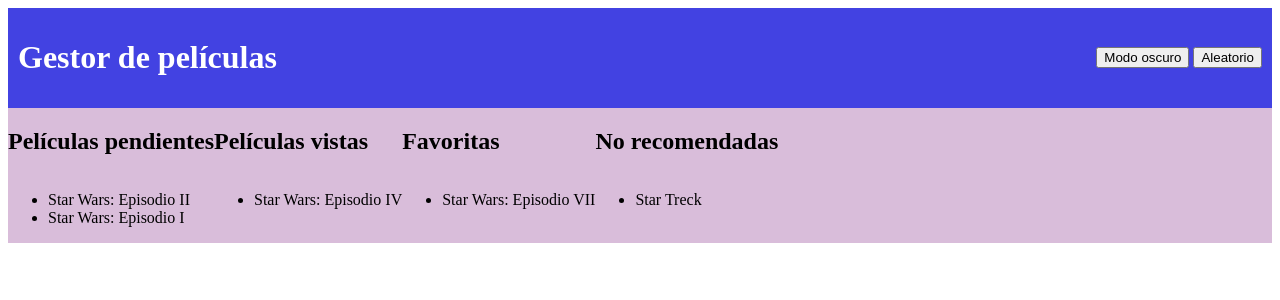
Repository: alvarobarasona/DAW_2
Page: DIW/EXAMEN_SEGUNDA_EV/public/index.html
The author's editor kept a copy of each file at every save. The page is drawn from the files as they stood at one save, then again after the next save.
The browser window is 1280 px wide. The pictures show the whole page.
The style sheet was rebuilt from its Sass, Less or Tailwind sources for each picture, by a compiler version that may differ from the author's.

Above is the page before, as saved 2024-03-04 17:22:34.

After the next save:
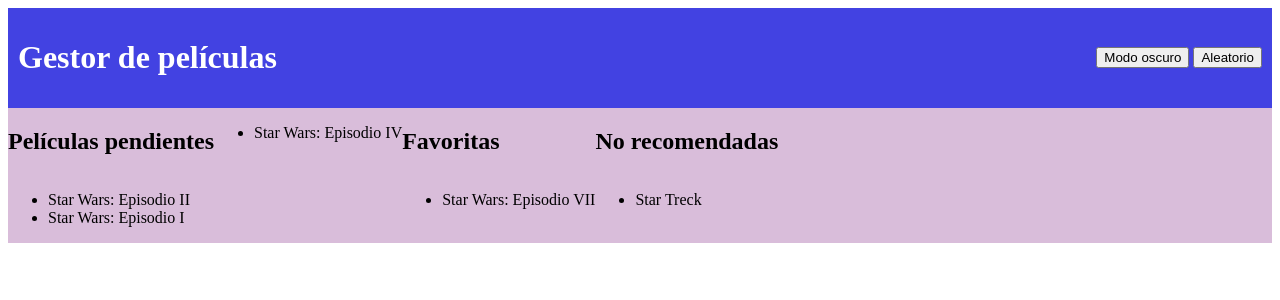
Saved 13 s later.
--- a/DIW/EXAMEN_SEGUNDA_EV/public/index.html
+++ b/DIW/EXAMEN_SEGUNDA_EV/public/index.html
@@ -27,7 +27,7 @@
                 </div>
             </div>
             <div class="movies-column">
-                <div class="movies-header">
+                <div id="pendient-movies-header>
                     <h2>Películas vistas</h2>
                 </div>
                 <div class="movies-container">

After the save that followed:
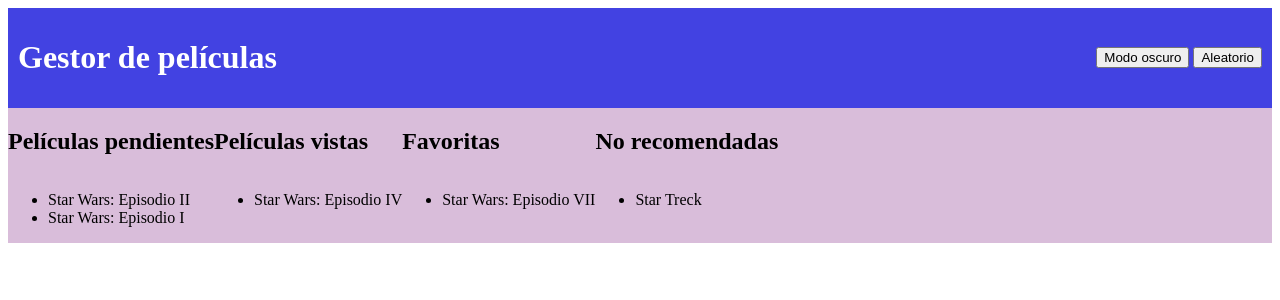
Saved 4 s later.
--- a/DIW/EXAMEN_SEGUNDA_EV/public/index.html
+++ b/DIW/EXAMEN_SEGUNDA_EV/public/index.html
@@ -27,7 +27,7 @@
                 </div>
             </div>
             <div class="movies-column">
-                <div id="pendient-movies-header>
+                <div id="pendient-movies-header">
                     <h2>Películas vistas</h2>
                 </div>
                 <div class="movies-container">
